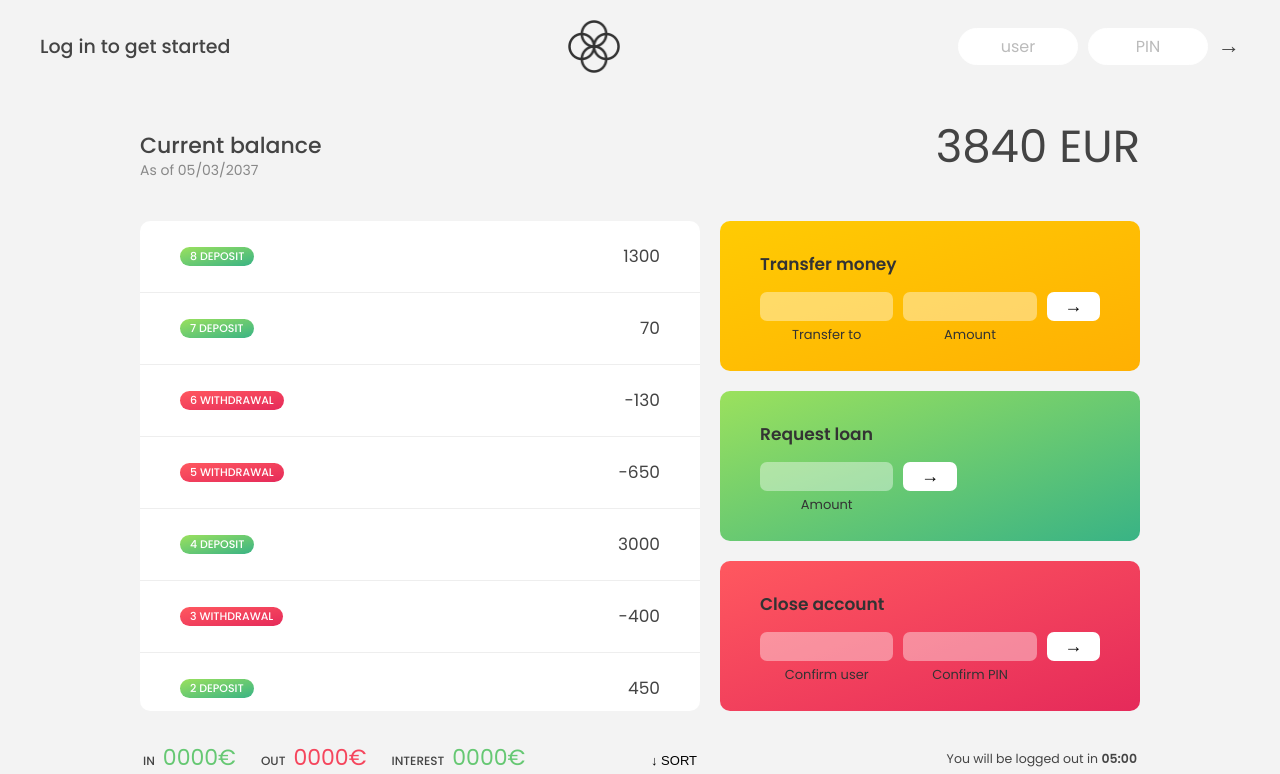
Repository: otvertka/jsc_11
Page: index.html
The author's editor kept a copy of each file at every save. The page is drawn from the files as they stood at one save, then again after the next save.
The browser window is 1280 px wide. The pictures show the whole page.
An inner scrolling area shows only its first screen.

Above is the page before, as saved 2023-02-03 14:15:46.

### index.html
<!DOCTYPE html>
<html lang="en">
  <head>
    <meta charset="UTF-8" />
    <meta name="viewport" content="width=device-width, initial-scale=1.0" />
    <meta http-equiv="X-UA-Compatible" content="ie=edge" />
    <link rel="shortcut icon" type="image/png" href="/icon.png" />

    <link
      href="https://fonts.googleapis.com/css?family=Poppins:400,500,600&display=swap"
      rel="stylesheet"
    />

    <link rel="stylesheet" href="style.css" />
    <title>Bankist</title>
  </head>
  <body>
    <!-- TOP NAVIGATION -->
    <nav>
      <p class="welcome">Log in to get started</p>
      <img src="logo.png" alt="Logo" class="logo" />
      <form class="login">
        <input
          type="text"
          placeholder="user"
          class="login__input login__input--user"
        />
        <!-- In practice, use type="password" -->
        <input
          type="text"
          placeholder="PIN"
          maxlength="4"
          class="login__input login__input--pin"
        />
        <button class="login__btn">&rarr;</button>
      </form>
    </nav>

    <main class="app">
      <!-- BALANCE -->
      <div class="balance">
        <div>
          <p class="balance__label">Current balance</p>
          <p class="balance__date">
            As of <span class="date">05/03/2037</span>
          </p>
        </div>
        <p class="balance__value">0000€</p>
      </div>

      <!-- MOVEMENTS -->
      <div class="movements">
        <div class="movements__row">
          <div class="movements__type movements__type--deposit">2 deposit</div>
          <div class="movements__date">3 days ago</div>
          <div class="movements__value">4 000€</div>
        </div>
        <div class="movements__row">
          <div class="movements__type movements__type--withdrawal">
            1 withdrawal
          </div>
          <div class="movements__date">24/01/2037</div>
          <div class="movements__value">-378€</div>
        </div>
      </div>

      <!-- SUMMARY -->
      <div class="summary">
        <p class="summary__label">In</p>
        <p class="summary__value summary__value--in">0000€</p>
        <p class="summary__label">Out</p>
        <p class="summary__value summary__value--out">0000€</p>
        <p class="summary__label">Interest</p>
        <p class="summary__value summary__value--interest">0000€</p>
        <button class="btn--sort">&downarrow; SORT</button>
      </div>

      <!-- OPERATION: TRANSFERS -->
      <div class="operation operation--transfer">
        <h2>Transfer money</h2>
        <form class="form form--transfer">
          <input type="text" class="form__input form__input--to" />
          <input type="number" class="form__input form__input--amount" />
          <button class="form__btn form__btn--transfer">&rarr;</button>
          <label class="form__label">Transfer to</label>
          <label class="form__label">Amount</label>
        </form>
      </div>

      <!-- OPERATION: LOAN -->
      <div class="operation operation--loan">
        <h2>Request loan</h2>
        <form class="form form--loan">
          <input type="number" class="form__input form__input--loan-amount" />
          <button class="form__btn form__btn--loan">&rarr;</button>
          <label class="form__label form__label--loan">Amount</label>
        </form>
      </div>

      <!-- OPERATION: CLOSE -->
      <div class="operation operation--close">
        <h2>Close account</h2>
        <form class="form form--close">
          <input type="text" class="form__input form__input--user" />
          <input
            type="password"
            maxlength="6"
            class="form__input form__input--pin"
          />
          <button class="form__btn form__btn--close">&rarr;</button>
          <label class="form__label">Confirm user</label>
          <label class="form__label">Confirm PIN</label>
        </form>
      </div>

      <!-- LOGOUT TIMER -->
      <p class="logout-timer">
        You will be logged out in <span class="timer">05:00</span>
      </p>
    </main>

    <!-- <footer>
      &copy; by Jonas Schmedtmann. Don't claim as your own :)
    </footer> -->

    <script src="script.js"></script>
  </body>
</html>

### style.css
/*
 * Use this CSS to learn some intersting techniques,
 * in case you're wondering how I built the UI.
 * Have fun! 😁
 */

* {
  margin: 0;
  padding: 0;
  box-sizing: inherit;
}

html {
  font-size: 62.5%;
  box-sizing: border-box;
}

body {
  font-family: 'Poppins', sans-serif;
  color: #444;
  background-color: #f3f3f3;
  height: 100vh;
  padding: 2rem;
}

nav {
  display: flex;
  justify-content: space-between;
  align-items: center;
  padding: 0 2rem;
}

.welcome {
  font-size: 1.9rem;
  font-weight: 500;
}

.logo {
  height: 5.25rem;
}

.login {
  display: flex;
}

.login__input {
  border: none;
  padding: 0.5rem 2rem;
  font-size: 1.6rem;
  font-family: inherit;
  text-align: center;
  width: 12rem;
  border-radius: 10rem;
  margin-right: 1rem;
  color: inherit;
  border: 1px solid #fff;
  transition: all 0.3s;
}

.login__input:focus {
  outline: none;
  border: 1px solid #ccc;
}

.login__input::placeholder {
  color: #bbb;
}

.login__btn {
  border: none;
  background: none;
  font-size: 2.2rem;
  color: inherit;
  cursor: pointer;
  transition: all 0.3s;
}

.login__btn:hover,
.login__btn:focus,
.btn--sort:hover,
.btn--sort:focus {
  outline: none;
  color: #777;
}

/* MAIN */
.app {
  position: relative;
  max-width: 100rem;
  margin: 4rem auto;
  display: grid;
  grid-template-columns: 4fr 3fr;
  grid-template-rows: auto repeat(3, 15rem) auto;
  gap: 2rem;

  /* NOTE This creates the fade in/out anumation */
  /* opacity: 0; */
  transition: all 1s;
}

.balance {
  grid-column: 1 / span 2;
  display: flex;
  align-items: flex-end;
  justify-content: space-between;
  margin-bottom: 2rem;
}

.balance__label {
  font-size: 2.2rem;
  font-weight: 500;
  margin-bottom: -0.2rem;
}

.balance__date {
  font-size: 1.4rem;
  color: #888;
}

.balance__value {
  font-size: 4.5rem;
  font-weight: 400;
}

/* MOVEMENTS */
.movements {
  grid-row: 2 / span 3;
  background-color: #fff;
  border-radius: 1rem;
  overflow: scroll;
}

.movements__row {
  padding: 2.25rem 4rem;
  display: flex;
  align-items: center;
  border-bottom: 1px solid #eee;
}

.movements__type {
  font-size: 1.1rem;
  text-transform: uppercase;
  font-weight: 500;
  color: #fff;
  padding: 0.1rem 1rem;
  border-radius: 10rem;
  margin-right: 2rem;
}

.movements__date {
  font-size: 1.1rem;
  text-transform: uppercase;
  font-weight: 500;
  color: #666;
}

.movements__type--deposit {
  background-image: linear-gradient(to top left, #39b385, #9be15d);
}

.movements__type--withdrawal {
  background-image: linear-gradient(to top left, #e52a5a, #ff585f);
}

.movements__value {
  font-size: 1.7rem;
  margin-left: auto;
}

/* SUMMARY */
.summary {
  grid-row: 5 / 6;
  display: flex;
  align-items: baseline;
  padding: 0 0.3rem;
  margin-top: 1rem;
}

.summary__label {
  font-size: 1.2rem;
  font-weight: 500;
  text-transform: uppercase;
  margin-right: 0.8rem;
}

.summary__value {
  font-size: 2.2rem;
  margin-right: 2.5rem;
}

.summary__value--in,
.summary__value--interest {
  color: #66c873;
}

.summary__value--out {
  color: #f5465d;
}

.btn--sort {
  margin-left: auto;
  border: none;
  background: none;
  font-size: 1.3rem;
  font-weight: 500;
  cursor: pointer;
}

/* OPERATIONS */
.operation {
  border-radius: 1rem;
  padding: 3rem 4rem;
  color: #333;
}

.operation--transfer {
  background-image: linear-gradient(to top left, #ffb003, #ffcb03);
}

.operation--loan {
  background-image: linear-gradient(to top left, #39b385, #9be15d);
}

.operation--close {
  background-image: linear-gradient(to top left, #e52a5a, #ff585f);
}

h2 {
  margin-bottom: 1.5rem;
  font-size: 1.7rem;
  font-weight: 600;
  color: #333;
}

.form {
  display: grid;
  grid-template-columns: 2.5fr 2.5fr 1fr;
  grid-template-rows: auto auto;
  gap: 0.4rem 1rem;
}

/* Exceptions for interst */
.form.form--loan {
  grid-template-columns: 2.5fr 1fr 2.5fr;
}
.form__label--loan {
  grid-row: 2;
}
/* End exceptions */

.form__input {
  width: 100%;
  border: none;
  background-color: rgba(255, 255, 255, 0.4);
  font-family: inherit;
  font-size: 1.5rem;
  text-align: center;
  color: #333;
  padding: 0.3rem 1rem;
  border-radius: 0.7rem;
  transition: all 0.3s;
}

.form__input:focus {
  outline: none;
  background-color: rgba(255, 255, 255, 0.6);
}

.form__label {
  font-size: 1.3rem;
  text-align: center;
}

.form__btn {
  border: none;
  border-radius: 0.7rem;
  font-size: 1.8rem;
  background-color: #fff;
  cursor: pointer;
  transition: all 0.3s;
}

.form__btn:focus {
  outline: none;
  background-color: rgba(255, 255, 255, 0.8);
}

.logout-timer {
  padding: 0 0.3rem;
  margin-top: 1.9rem;
  text-align: right;
  font-size: 1.25rem;
}

.timer {
  font-weight: 600;
}

### script.js
'use strict';

/////////////////////////////////////////////////
/////////////////////////////////////////////////

// /////////////////////////////////////////////////
// /////////////////////////////////////////////////
// // LECTURES

// const currencies = new Map([
//   ['USD', 'United States dollar'],
//   ['EUR', 'Euro'],
//   ['GBP', 'Pound sterling'],
// ]);

// const movements = [200, 450, -400, 3000, -650, -130, 70, 1300];

// /////////////////////////////////////////////////

// // 1
// let arr = ['a', 'b', 'c', 'd', 'e'];

// // SLICE . Метод slice() возвращает новый массив, содержащий копию части исходного массива.
// //// SYNTAX  arr.slice([begin[, end]])

// console.log(arr.slice(2)); // c, d, e
// console.log(arr);
// console.log(arr.slice(2, 4)); // c, d
// console.log(arr.slice(-2)); // d, e
// console.log(arr.slice(-1)); // LAST ELEM e
// console.log(arr.slice(1, -2)); // b, c

// console.log(arr.slice()); //  ['a', 'b', 'c', 'd', 'e']  Копирует весь массив
// console.log([...arr]); //  ['a', 'b', 'c', 'd', 'e']  Копирует весь массив SPREAD

// // SPLICE Метод splice() изменяет содержимое массива, удаляя существующие элементы и/или добавляя новые.
// // // SYNTAX  array.splice(start[, deleteCount[, item1[, item2[, ...]]]])

// // console.log(arr.splice(2)); // c, d, e
// arr.splice(-1); // удаляет последний элемент в массиве
// console.log(arr); //  ['a', 'b', 'c', 'd']
// arr.splice(1, 2); // удаляет 2 элемента , начиная с 1
// console.log(arr); // [a, d]

// // REVERSE  . Метод reverse() на месте обращает порядок следования элементов массива. Первый элемент массива становится последним, а последний — первым.
// ///// SYNTAX  array.reverse()

// arr = ['a', 'b', 'c', 'd', 'e'];
// const arr2 = ['j', 'i', 'h', 'g', 'f'];
// console.log(arr2.reverse()); //['f', 'g', 'h', 'i', 'j']
// console.log(arr2); // Изменяет основной массив ['f', 'g', 'h', 'i', 'j']

// // CONCAT / Метод concat() возвращает новый массив, состоящий из массива, на котором он был вызван,
// //             соединённого с другими массивами и/или значениями, переданными в качестве аргументов.
// // SYNTAX   var new_array = old_array.concat(value1[, value2[, ...[, valueN]]])

// const letters = arr.concat(arr2);
// console.log(letters); // ['a', 'b', 'c', 'd', 'e', 'f', 'g', 'h', 'i', 'j']
// console.log([...arr, ...arr2]); //  ['a', 'b', 'c', 'd', 'e', 'f', 'g', 'h', 'i', 'j']

// // JOIN  Метод join() объединяет все элементы массива (или массивоподобного объекта) в строку.
// // SYNTAX
// console.log(letters.join(' - ')); // a - b - c - d - e - f - g - h - i - j

// // LECtion 2 . at
// const arr = [23, 11, 64];
// console.log(arr[0]); // 23
// console.log(arr.at(0)); // 23 at position 0

// // получаем последний элем в массиве
// console.log(arr[arr.length - 1]); // 64
// console.log(arr.slice(-1)[0]); // получаем последний элем в массиве

// console.log(arr.at(-1)); // 64
// console.log('jonas'.at(0)); // j Также работает со строками

// LECT 3. Метод forEach() выполняет указанную функцию один раз для каждого элемента в массиве.
// SYNTAX .arr.forEach(function callback(currentValue, index, array) {
//your iterator
// }[, thisArg]);
// const movements = [200, 450, -400, 3000, -650, -130, 70, 1300];

// // for (const movement of movements) {
// for (const [i, movement] of movements.entries()) {
//   if (movement > 0) {
//     console.log(`Movement ${i + 1}: You deposited ${movement}`);
//   } else {
//     console.log(`Movement ${i + 1}: You withdrew ${Math.abs(movement)}`); // Math.abs - удалит знак МИНУС
//   }
// }
// console.log('----FOREACH-----');
// // callback Функция, которая будет вызвана для каждого элемента массива.
// movements.forEach(function (movement, index, array) {
//   if (movement > 0) {
//     console.log(`Movement ${index + 1}: You deposited ${movement}`);
//   } else {
//     console.log(`Movement ${index + 1}: You withdrew ${Math.abs(movement)}`); // Math.abs - удалит знак МИНУС
//   }
// });
// // 0: function(200)
// // 1: function(450)
// // 2: function(400)
// // ....

// LECT 4 . forEach with Map and Set

// const currencies = new Map([
//   ['USD', 'United States dollar'], // 'key', 'value'
//   ['EUR', 'Euro'],
//   ['GBP', 'Pound sterling'],
// ]);

// currencies.forEach(function (value, key, map) {
//   console.log(`${key}: ${value}`);
// });

// // Set
// const currenciesUnique = new Set(['USD', 'GBP', 'USD', 'EUR', 'EUR']);
// console.log(currenciesUnique); // {'USD', 'GBP', 'EUR'}

// currenciesUnique.forEach(function (value, _, map) {
//   console.log(`${value}: ${value}`); // USD: USD ,GBP: GBP ,EUR: EUR
// });
//////////////////////////////////////////////////////////////////////////////////////////////

// BANKIST APP

// Data
const account1 = {
  owner: 'Jonas Schmedtmann',
  movements: [200, 450, -400, 3000, -650, -130, 70, 1300],
  interestRate: 1.2, // %
  pin: 1111,
};

const account2 = {
  owner: 'Jessica Davis',
  movements: [5000, 3400, -150, -790, -3210, -1000, 8500, -30],
  interestRate: 1.5,
  pin: 2222,
};

const account3 = {
  owner: 'Steven Thomas Williams',
  movements: [200, -200, 340, -300, -20, 50, 400, -460],
  interestRate: 0.7,
  pin: 3333,
};

const account4 = {
  owner: 'Sarah Smith',
  movements: [430, 1000, 700, 50, 90],
  interestRate: 1,
  pin: 4444,
};

const accounts = [account1, account2, account3, account4];

// Elements
const labelWelcome = document.querySelector('.welcome');
const labelDate = document.querySelector('.date');
const labelBalance = document.querySelector('.balance__value');
const labelSumIn = document.querySelector('.summary__value--in');
const labelSumOut = document.querySelector('.summary__value--out');
const labelSumInterest = document.querySelector('.summary__value--interest');
const labelTimer = document.querySelector('.timer');

const containerApp = document.querySelector('.app');
const containerMovements = document.querySelector('.movements');

const btnLogin = document.querySelector('.login__btn');
const btnTransfer = document.querySelector('.form__btn--transfer');
const btnLoan = document.querySelector('.form__btn--loan');
const btnClose = document.querySelector('.form__btn--close');
const btnSort = document.querySelector('.btn--sort');

const inputLoginUsername = document.querySelector('.login__input--user');
const inputLoginPin = document.querySelector('.login__input--pin');
const inputTransferTo = document.querySelector('.form__input--to');
const inputTransferAmount = document.querySelector('.form__input--amount');
const inputLoanAmount = document.querySelector('.form__input--loan-amount');
const inputCloseUsername = document.querySelector('.form__input--user');
const inputClosePin = document.querySelector('.form__input--pin');

const displayMovements = function (movements) {
  containerMovements.innerHTML = ''; // очищаем поля Расходы Прибыль

  movements.forEach(function (mov, i) {
    // Заполняем данные из массива Movements
    // аналог .....  .textContent = 0;
    const type = mov > 0 ? 'deposit' : 'withdrawal';
    const html = `
  <div class="movements__row">
    <div class="movements__type movements__type--${type}">${i + 1} ${type}</div>
    <div class="movements__value">${mov}</div>
    </div>
  `;

    containerMovements.insertAdjacentHTML('afterbegin', html);
  });
};

displayMovements(account1.movements);

// LECT 10 REDUCE
const calcDisplayBalance = function (movements) {
  const balance = movements.reduce((accum, mov) => accum + mov, 0);
  labelBalance.textContent = `${balance} EUR`;
};
calcDisplayBalance(account1.movements);

// LECT 11 The Magic of Chaining Methods

const calcDisplaySummary = function (movements) {
  const incomes = movements
    .filter(mov => mov > 0)
    .reduce((acc, mov) => acc + mov, 0);
};
calcDisplayBalance(account1.movements);

// const eurToUsd = 1.1;
// console.log(movements);
// // PIPELINE трубопровод
// const totalDepositUSD = movements
//   .filter(mov => mov > 0)
//   .map((mov, i, arr) => {
//     // console.log(arr);
//     return mov * eurToUsd;
//   })
//   // .map(mov => mov * eurToUsd)
//   .reduce((acc, mov) => acc + mov, 0);
// console.log(totalDepositUSD);

// LECT 8. Computing user names
//  добавляем новое свойство username ='stw' -сокращенные имена в объекты
const createUsernames = function (accs) {
  accs.forEach(function (acc) {
    // используем FOREACH,а не Map,
    acc.username = acc.owner // т.к не хотим создавать новый массив, а добавляем новое свойство username ='stw' -сокращенные имена
      .toLowerCase()
      .split(' ')
      .map(name => name[0])
      .join('');
  });
};

createUsernames(accounts);

// console.log(accounts);

// console.log(containerMovements.innerHTML);

// LECT5.
//  CHALANGE #1
// [3,5,2,12,7] , [4,1, 15,8,3]
// [9,16, 6, 8,3], [10,5,6,1,4]

// const checkDogs = function (dogsJulia, dogsKate) {
//   // Jonas version:
//   // const dogsJuliaCorrected = dogsJulia.slice();
//   // dogsJuliaCorrected.splice(0,1);
//   // dogsJuliaCorrected.splice(-2);
//   // console.log(dogsJuliaCorrected);

//   const juliaCopy = dogsJulia.slice();
//   const juliaCorrecteded = juliaCopy.splice(1, `${juliaCopy.length}` - 3, -1); // удаляем Первый и Последний элем (средний параметр это длина всей строки - 3 элеммента)

//   const allDogs = juliaCorrecteded.concat(dogsKate); // Объединили 2 массива
//   allDogs.forEach(function (dog, index) {
//     //  callback Функция, которая будет вызвана для каждого элемента массива.
//     if (dog >= 3) {
//       console.log(
//         `Dog number ${index + 1} is an adult and is ${dog} years old`
//       );
//     } else {
//       console.log(
//         `Dog number ${index + 1} is still a puppy 🐶 and is ${dog} years old`
//       );
//     }
//   });
//   console.log(allDogs);
// };
// // checkDogs([3, 5, 2, 12, 7], [4, 1, 15, 8, 3]);
// checkDogs([9, 16, 6, 8, 3], [10, 5, 6, 1, 4]);

////////////////////////////
// CHALANGE #2 Мой вариант
// const ages = [5, 2, 4, 1, 15, 8, 3];

// const calcAverageHumanAge = ages.map(function (age) {
//   if (age <= 2) {
//     return age * 2;
//   } else {
//     return age * 4 + 16;
//   }
// });

// console.log(calcAverageHumanAge);
// const adultDogs = calcAverageHumanAge.filter(humanAge => humanAge > 18);

// console.log(adultDogs);
// const averageAge =
//   adultDogs.reduce((accum, cur) => accum + cur, 0) / adultDogs.length;
// console.log(averageAge);

// ///// ////////// ///////// //     CHALANGE # 2  JONAS VERS!!!!!
// const calcAverageHumanAge = function (ages) {
//   const humanAges = ages.map(age => (age <= 2 ? 2 * age : 16 + age * 4));
//   const adults = humanAges.filter(age => age >= 18);
//   const average = adults.reduce((accum, age) => accum + age, 0) / adults.length;
//   // аналогично можно так сразу делить  2, 3 (2+3)/2 = 2.5 === 2/2 +3/2 = 2.5;
//   // const averag = adults.reduce((acc, age, i, arr) => acc +age/ arr.length, 0);
//   console.log(average);
//   return average;
// };
// const avg1 = calcAverageHumanAge([5, 2, 4, 1, 15, 8, 3]);
// const avg2 = calcAverageHumanAge([16, 6, 10, 5, 6, 1, 4]);
// console.log(age);

////////////////////////////

// LECT 7. MAP method

const movements = [200, 450, -400, 3000, -650, -130, 70, 1300];
// const eurToUsd = 1.1;

// const movementsUSD = movements.map(mov => mov * eurToUsd); // аналог через СТРЕЛОЧНУЮ ф-ю
// // movements.map(function (mov) {
// //   return mov * eurToUsd;
// // });
// console.log(movements);
// console.log(movementsUSD); // 220 , 495, -440, 3300...

// const movementsUSDfor = [];
// for (const mov of movements) {
//   movementsUSDfor.push(mov * eurToUsd);
// }
// console.log(movementsUSDfor); // 220 , 495, 440, 3300...

// const movementsDescriptions = movements.map(
//   (mov, index) =>
//     `Movement ${index + 1}: You ${
//       mov > 0 ? 'deposited' : 'withdrew'
//     } ${Math.abs(mov)}`
// );
// // if (mov > 0) {
// //   return `Movement ${index + 1}: You deposited ${mov}`;
// // } else {
// //   return `Movement ${index + 1}: You withdrew ${Math.abs(mov)}`; // Math.abs - удалит знак МИНУС
// // }

// console.log(movementsDescriptions);

// LECT 9 FILTER method
// Метод filter() создаёт новый массив со всеми элементами, прошедшими проверку, задаваемую в передаваемой функции.
// SYNTAX
// Стрелочная функция
// filter((element) => { ... } )
// filter((element, index) => { ... } )
// filter((element, index, array) => { ... } )

// // Колбэк-функция
// filter(callbackFn)
// filter(callbackFn, thisArg)

// // Встроенная колбэк-функция
// filter(function callbackFn(element) { ... })
// filter(function callbackFn(element, index) { ... })
// filter(function callbackFn(element, index, array){ ... })
// filter(function callbackFn(element, index, array) { ... }, thisArg)

/// ПРИМЕР
// const movements = [200, 450, -400, 3000, -650, -130, 70, 1300];
// const deposits = movements.filter(function (mov) {
//   return mov > 0;
// });
// console.log(deposits); // [200, 450, 3000, 70, 1300]

// //аналогично с FOR
// const depositsFOR = [];
// for (const mov of movements) {
//   if (mov > 0) {
//     depositsFOR.push(mov);
//   }
// }
// console.log(depositsFOR); // [200, 450, 3000, 70, 1300]

// // FILTER method
// const withdrawals = movements.filter(mov => mov < 0);
// console.log(withdrawals); // [-400, -650, -130]

// LECT 10 . REDUCE method . Метод reduce() применяет функцию reducer к каждому элементу массива (слева-направо), возвращая одно результирующее значение.
// SYNTAX  array.reduce(callback[, initialValue])

// const movements = [200, 450, -400, 3000, -650, -130, 70, 1300];
// console.log(movements);

// // accumulator -> SNOWBALL
// // const balance = movements.reduce(function (accum, cur, i, arr) {
// //   console.log(`Iteration ${i}: ${accum}`);
// //   return accum + cur; // callback функция - это 1 параметр, Аккумулируется значение
// // }, 0); // 0 -initialValue стартовое значение

// // Через СТРЕЛОЧНУЮ ФУНКЦИЮ
// const balance = movements.reduce((accum, cur) => accum + cur, 0);
// console.log(balance); // 3840

// // аналог с FOR
// let balance2 = 0;
// for (const mov of movements) balance2 += mov;
// console.log(balance2); // 3840

// // Maximum value
// const max = movements.reduce((acc, mov) => {
//   if (acc > mov) return acc;
//   else return mov;
// }, movements[0]);
// console.log(max);

After the next save:
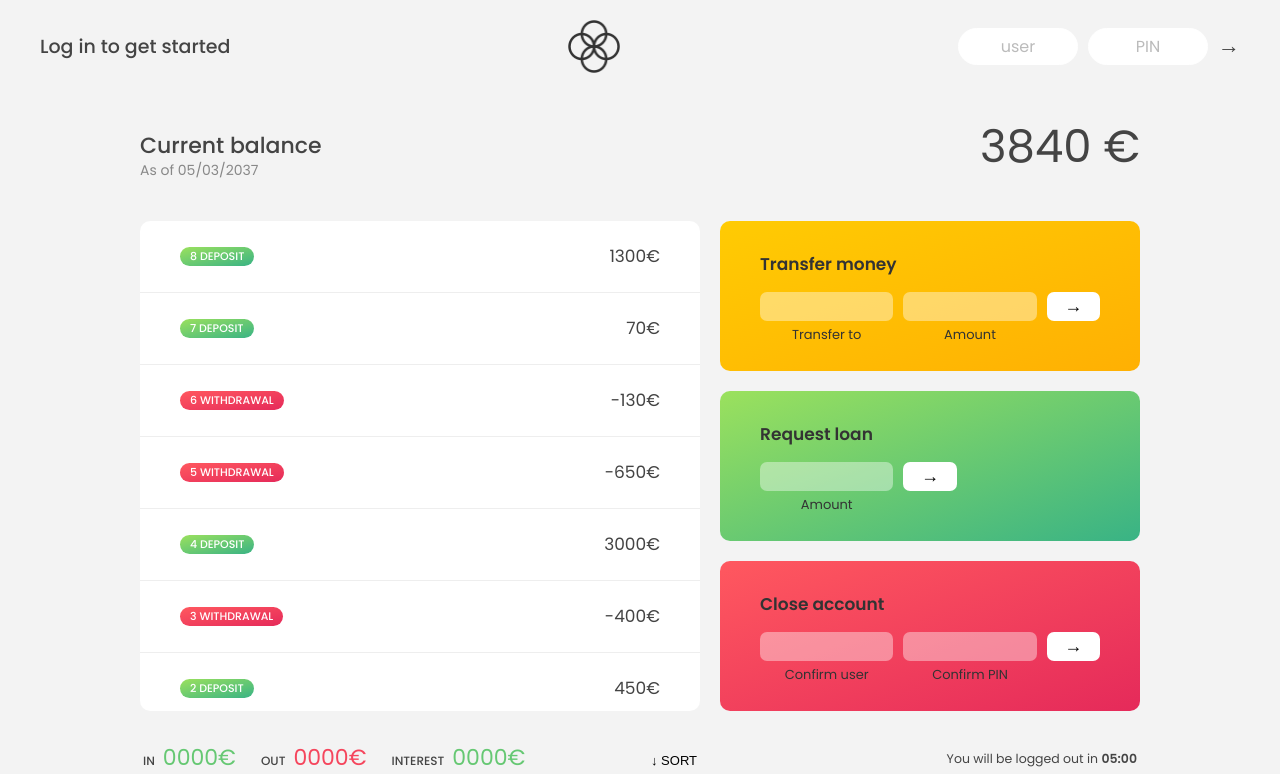
Saved 4 min 33 s later.
--- a/script.js
+++ b/script.js
@@ -192,7 +192,7 @@ const displayMovements = function (movements) {
     const html = `
   <div class="movements__row">
     <div class="movements__type movements__type--${type}">${i + 1} ${type}</div>
-    <div class="movements__value">${mov}</div>
+    <div class="movements__value">${mov}€</div>
     </div>
   `;
 
@@ -205,7 +205,7 @@ displayMovements(account1.movements);
 // LECT 10 REDUCE
 const calcDisplayBalance = function (movements) {
   const balance = movements.reduce((accum, mov) => accum + mov, 0);
-  labelBalance.textContent = `${balance} EUR`;
+  labelBalance.textContent = `${balance} €`;
 };
 calcDisplayBalance(account1.movements);
 
@@ -215,6 +215,7 @@ const calcDisplaySummary = function (movements) {
   const incomes = movements
     .filter(mov => mov > 0)
     .reduce((acc, mov) => acc + mov, 0);
+  labelSumIn.textContent = `${incomes}€`;
 };
 calcDisplayBalance(account1.movements);
 
